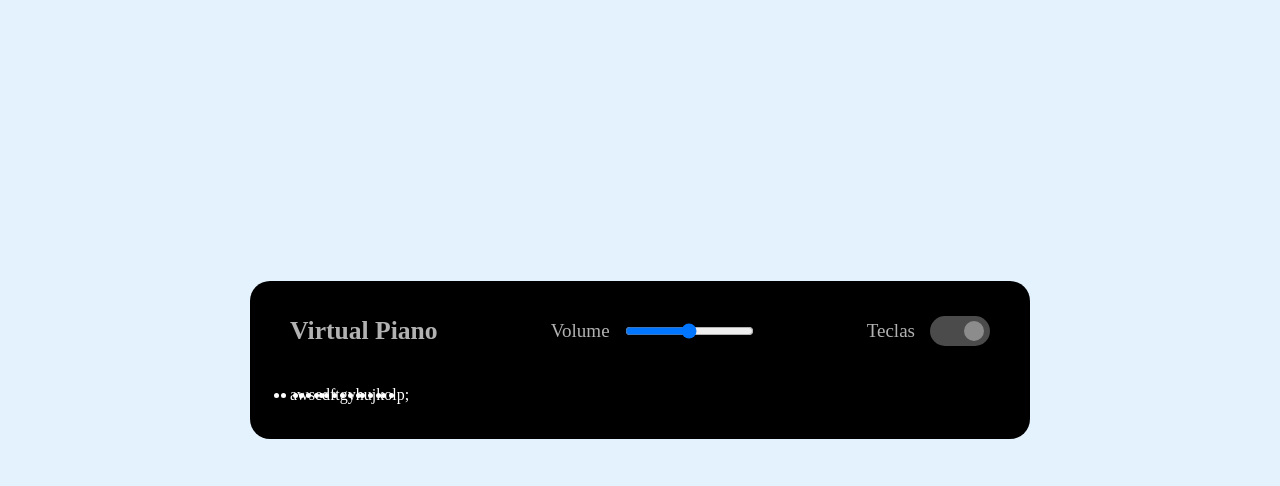
Repository: gustavotwist/simulador-piano
Page: index.html
These files come from the project's save history. The page is drawn as it stood at one moment and after a run of saves; the edit follows.
The browser window is 1280 px wide. The pictures show the whole page.

Above is the page before, as saved 2024-11-29 19:29:51.

### index.html
<!DOCTYPE html>
<html lang="pt-br">
<head>
    <meta charset="UTF-8">
    <meta name="viewport" content="width=device-width, initial-scale=1.0">
    <title>Piano Simulator</title>

    <!-- styles -->
    <link rel="stylesheet" href="./src/styles/reset.css">
    <link rel="stylesheet" href="./src/styles/main.css">

    <!-- fonts -->
    <link rel="preconnect" href="https://fonts.googleapis.com">
    <link rel="preconnect" href="https://fonts.gstatic.com" crossorigin>
    <link href="https://fonts.googleapis.com/css2?family=Poppins:ital,wght@0,100;0,200;0,400;0,700;1,100;1,200;1,300;1,400&display=swap" rel="stylesheet">
</head>

<body>
    <div class="container">
        <header>
            <h2>Virtual Piano</h2>
            <div class="column volume-slider">
                <span>Volume</span> <input type="range">
            </div>
            <div class="column keys-check">
                <span>Teclas</span> <input type="checkbox" checked>
            </div>
        </header>
        <ul class="piano-keys">
            <li class="key"><span>a</span></li>
            <li class="key"><span>w</span></li>
            <li class="key white"><span>s</span></li>
            <li class="key black"><span>e</span></li>
            <li class="key white"><span>d</span></li>
            <li class="key black"><span>f</span></li>
            <li class="key white"><span>t</span></li>
            <li class="key black"><span>g</span></li>
            <li class="key white"><span>y</span></li>
            <li class="key black"><span>h</span></li>
            <li class="key white"><span>u</span></li>
            <li class="key black"><span>j</span></li>
            <li class="key white"><span>k</span></li>
            <li class="key black"><span>o</span></li>
            <li class="key white"><span>l</span></li>
            <li class="key black"><span>p</span></li>
            <li class="key white"><span>;</span></li>
        </ul>

    </div>

    <script src="./src/scripts/engine.js"></script>
</body>
</html>

### src/styles/reset.css
* {
    margin: 0;
    padding: 0;
    box-sizing: border-box;
    outline: none;
}

### src/styles/main.css
body {
    display: flex;
    align-items: center;
    justify-content: center;
    min-height: 100vh;
    background-color: #e3f2fd;
    color: #fff;
}

.container {
    width: 780px;
    border-radius: 20px;
    padding: 35px 40px;
    background-color: black;
}

.container header {
    color: #b2b2b2;
    display: flex;
    align-items: center;
    justify-content: space-between;
}

header h2 {
    font-size: 1.6rem;
}

header .column {
    display: flex;
    align-items: center;
}

header .column span {
    font-weight: 500;
    margin-right: 15px;
    font-size: 1.19rem;
}

.Volume-slider input {
    accent-color: #fff;
}

.keys-check input {
    width: 60px;
    height: 30px;
    appearance: none;
    border-radius: 30px;
    background-color: #4b4b4b;
    cursor: pointer;
    position: relative;
}

.keys-check input::before {
    content: "";
    height: 20px;
    width: 20px;
    background-color: #8c8c8c;
    top: 50%;
    left: 0.3rem;
    border-radius: inherit;
    position: absolute;
    transform: translateY(-50%);
    transition: all 0.3s ease;
}

.keys-check input:checked::before {
    left: 2.1rem;
    background-color:#8c8c8c;
}

.piano-keys {
    display: flex;
    margin-top: 40px;
}

Loaded but not shown: src/scripts/engine.js (no copy from this time; the picture is the same without it)

After the next 2 saves:
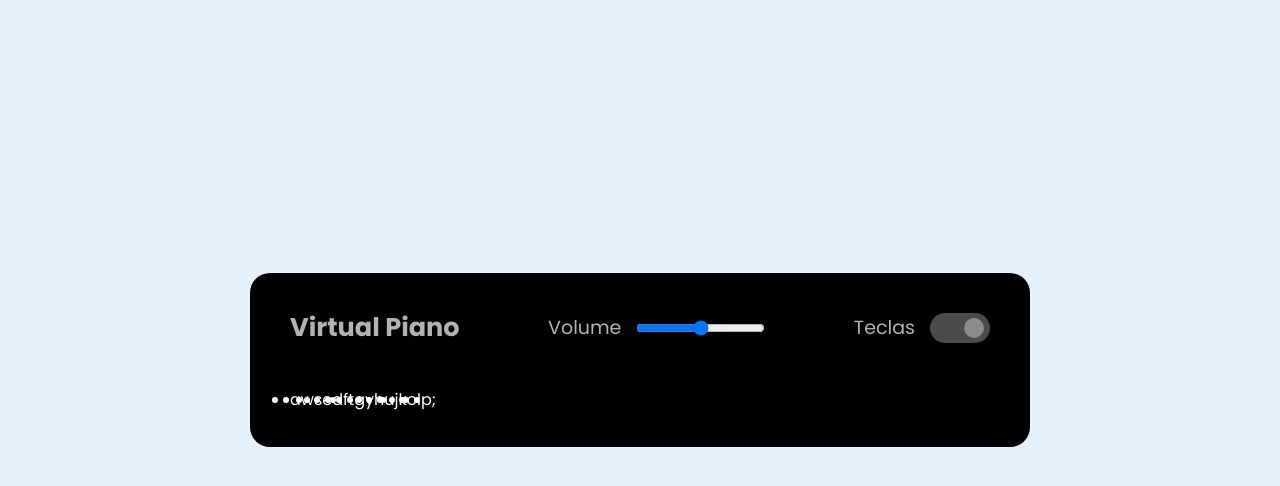
The 2 saves are shown as one change because they came seconds apart.
The last was saved 2 min 41 s later.
--- a/src/styles/reset.css
+++ b/src/styles/reset.css
@@ -3,4 +3,5 @@
     padding: 0;
     box-sizing: border-box;
     outline: none;
+    font-family: "Poppins", sans-serif;
 }
